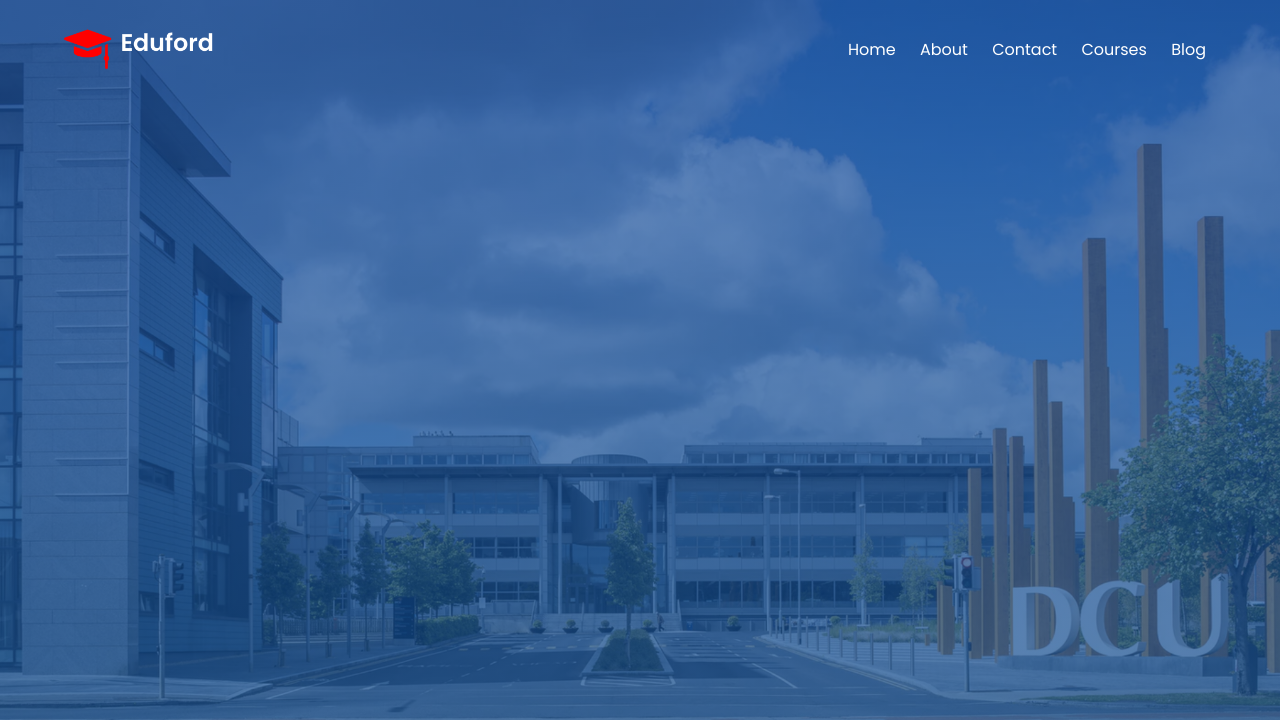
Repository: yashrajverma/Practise
Page: index.html
An editor plug-in stored every save of this project. The page is shown before and after the next save, followed by the edit.
The browser window is 1280 px wide. The pictures show the whole page.

Above is the page before, as saved 2021-04-27 11:16:34.

After the next save:
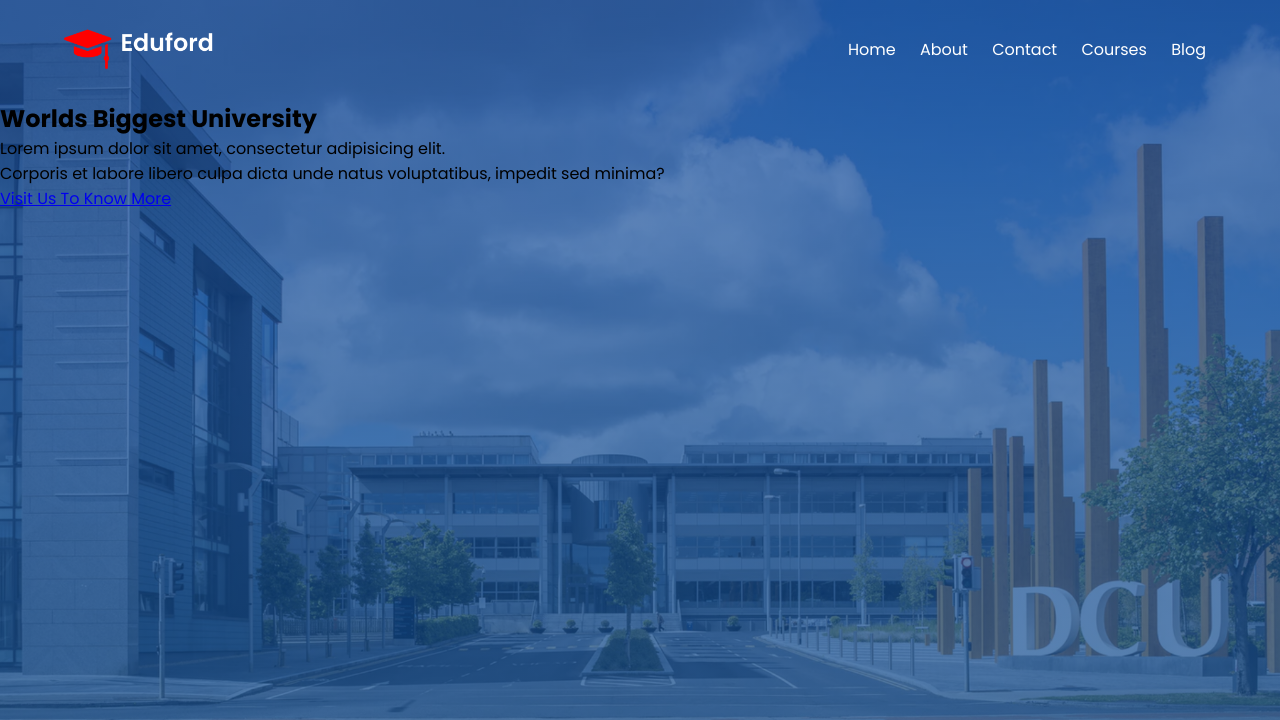
Saved 4 min 6 s later.
--- a/index.html
+++ b/index.html
@@ -10,7 +10,6 @@
   </head>
   <body>
     <section class="header">
-      <div>
         <nav>
          <a href="index.html"><img src="eduford_img/logo.png" alt="logo" class="nav-img"/></a>
           <div class="nav-links">
@@ -22,9 +21,18 @@
             <li><a href="#">Blog</a></li>
           </ul>
           </div>
+        </nav>
 
-        </nav>
-      </div>
+        <div class="text-box">
+          <h1>
+            Worlds Biggest University
+          </h1>
+          <p>
+            Lorem ipsum dolor sit amet, consectetur adipisicing elit. <br>
+            Corporis et labore libero culpa dicta unde natus voluptatibus, impedit sed minima?
+          </p>
+          <a href="#">Visit Us To Know More</a>
+        </div>
     </section>
   </body>
 </html>
